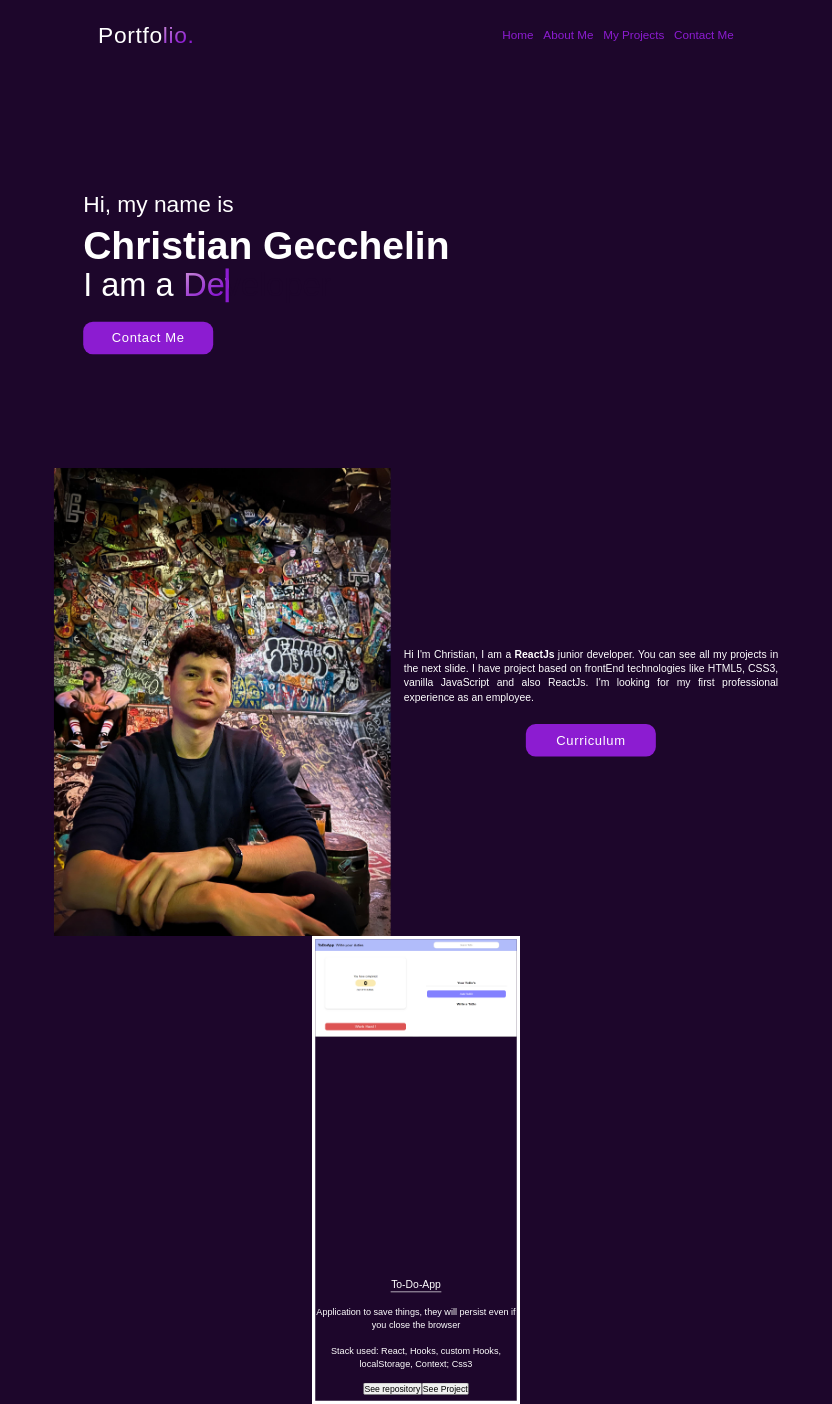
Repository: ChristianGecchelin/portfolio-web
Page: /
The author's editor kept a copy of each file at every save. The page is drawn from the files as they stood at one save, then again after the next save.
The browser window is 1280 px wide. The pictures show the whole page, at 65% of full size.
The project was rebuilt for these pictures with package versions that can differ from the ones it lists, and the page was loaded fresh each time.

Above is the page before, as saved 2022-01-21 18:07:45.

### public/index.html
<!DOCTYPE html>
<html lang="en">
  <head>
    <meta charset="utf-8" />
    <link rel="icon" href="%PUBLIC_URL%/favicon.ico" />
    <meta name="viewport" content="width=device-width, initial-scale=1" />
    <meta name="theme-color" content="#000000" />
    <meta name="description" content="Portfolio Online Christian Gecchelin" />
    <link rel="apple-touch-icon" href="%PUBLIC_URL%/logo192.png" />

    <link rel="manifest" href="%PUBLIC_URL%/manifest.json" />

    <title>Portfolio Christian</title>
  </head>
  <body>
    <noscript>You need to enable JavaScript to run this app.</noscript>
    <div id="root"></div>
  </body>
</html>

### src/index.js
import React from "react";
import ReactDOM from "react-dom";

import App from "./App/index";
import "./index.css";
ReactDOM.render(<App />, document.getElementById("root"));

### src/App/index.js
import { AppUI } from "./AppUI";
import "./App.css";

function App() {
  return <AppUI></AppUI>;
}

export default App;

### src/index.css
* {
  box-sizing: border-box;
  margin: 0;
  padding: 0;
}
html {
  font-size: 62.5%;
  font-family: "DM Sans", sans-serif;
}
body {
  background: #1d062b;
  width: 100%;
  height: 100vh;
}

### src/App/AppUI.js
import React from "react";
import { Header } from "../Header/Index.js";
import { Home } from "../Home/Index.js";
import { AboutMe } from "../AboutMe/index.js";
import { MyProjects } from "../MyProjects/index.js";
import "./App.css";

function AppUI() {
  return (
    <>
      <Header />
      <Home />
      <AboutMe />
      <MyProjects />
    </>
  );
}
export { AppUI };

### src/Header/Index.js
import React from "react";
import { NavBar } from "./NavBar";
import "./header.css";

function Header() {
  return (
    <header>
      <h1>
        Portfo<span>lio.</span>
      </h1>
      <NavBar />
    </header>
  );
}
export { Header };

### src/Home/Index.js
import React from "react";
import "./Home.css";
function Home() {
  return (
    <section className="Home-container">
      <div className="text-container">
        <p className="first-lineText">Hi, my name is</p>
        <p className="principal-lineText">Christian Gecchelin</p>
        <p className="secondary-lineText">I am a</p>
        <div className="span-container">
          <span data-text="Developer">Developer </span>
        </div>
      </div>
      <button type="button" className="contact-button">
        Contact Me
      </button>
    </section>
  );
}
export { Home };

### src/AboutMe/index.js
import React from "react";
import "./AboutMe.css";
import profile from "../Assets/profile.jpg";
function AboutMe() {
  return (
    <section className="AboutMe-container">
      <div className="image-container">
        <img
          className="image"
          src={profile}
          alt="Christian Gecchelin"
          title="Christian Gecchelin"
        ></img>
      </div>
      <div className="information-container">
        <p className="">
          Hi I'm Christian, I am a <b>ReactJs</b> junior developer. You can see
          all my projects in the next slide. I have project based on frontEnd
          technologies like HTML5, CSS3, vanilla JavaScript and also ReactJs.
          I'm looking for my first professional experience as an employee.
        </p>
        <button>Curriculum</button>
      </div>
    </section>
  );
}
export { AboutMe };

### src/MyProjects/index.js
import React from "react";
import ToDoApp from "../Assets/to-do-app.png";
import "./MyProjects.css";
function MyProjects() {
  return (
    <section className="project-section">
      <div className="project-card">
        <img
          className="card-image"
          src={ToDoApp}
          alt="ToDoAppImage"
          title="ToDoAppImage"
        ></img>
        <div className="card-text-container">
          <h3 className="card-title">To-Do-App</h3>
          <p className="card-text">
            Application to save things, they will persist even if you close the
            browser
          </p>
          <p className="card-text">
            Stack used: React, Hooks, custom Hooks, localStorage, Context; Css3
          </p>
        </div>
        <div className="button-container">
          <button className="button-repository">See repository</button>
          <button className="button-project">See Project</button>
          {/* Crear componentes botones */}
        </div>
      </div>
    </section>
  );
}
export { MyProjects };

### src/Header/NavBar/index.js
import React from "react";
import { MobileNavigation } from "./MobileNavigation";
import { Navigation } from "./Navigation";
import "./NavBar.css";
function NavBar() {
  return (
    <div className="NavBar">
      <MobileNavigation />
      <Navigation />
    </div>
  );
}
export { NavBar };

### src/Header/header.css
header {
  display: flex;
  flex-direction: row;
  justify-content: space-around;
  align-items: center;
  gap: 5%;
  width: 100%;
  height: 15vh;
}
header h1 {
  margin: 0;
  width: 20%;
  min-width: 200px;
  font-size: 3.5rem;
  letter-spacing: 1px;
  font-weight: 500;
  color: #fff;
}
header h1 span {
  background: linear-gradient(147deg, #ce93d8 0%, #8c1cd1 74%);
  background-clip: text;
  color: transparent;
  font-weight: 500;
}
@media (max-width: 750px) {
  header {
    justify-content: center;
    gap: 0;
  }
}

### src/Home/Home.css
.Home-container {
  position: relative;
  display: flex;
  flex-direction: column;
  justify-content: center;
  align-items: flex-start;
  width: 80%;
  min-width: 280px;
  height: 85vh;
  margin: 0 auto;
  gap: 30px;
}
.Home-container .text-container {
  display: flex;
  flex-direction: row;
  align-items: flex-start;
  flex-wrap: wrap;
  width: 100%;
  height: auto;
  text-align: left;
}
.Home-container .text-container .first-lineText {
  width: 100%;
  font-size: 3.5rem;
  font-weight: 500;
  line-height: 6rem;
  color: #fff;
}
.Home-container .text-container .principal-lineText {
  width: 100%;
  font-size: 6rem;
  font-weight: 700;
  color: #fff;
}
.Home-container .text-container .secondary-lineText {
  font-size: 5rem;
  font-weight: 500;
  color: #fff;
  line-height: 5.2rem;
}
.span-container {
  position: relative;
  display: inline-block;
  margin-left: 15px;
  height: 52px;
}
.Home-container .text-container span {
  /* color: #1d062b;
  -webkit-text-stroke: 0.3vw yellow; */
  font-size: 5rem;
  font-weight: 500;
  line-height: 5.2rem;
  color: #1d062b;
}
.Home-container .text-container span::before {
  content: attr(data-text);
  position: absolute;
  top: 0;
  left: 0px;
  width: 0;
  height: 100%;
  padding-right: 3.9px;
  background: linear-gradient(147deg, #ce93d8 0%, #8c1cd1 74%);
  background-clip: text;
  color: transparent;
  border-right: 5px solid #8c1cd1;
  overflow: hidden;
  animation: animate 6s linear infinite;
}
.Home-container .contact-button {
  outline: none;
  width: 200px;
  height: 50px;
  background: #8c1cd1;
  border: none;
  border-radius: 15px;
  color: white;
  font-size: 2rem;
  letter-spacing: 1px;
  cursor: pointer;
}
@keyframes animate {
  0%,
  10%,
  100% {
    width: 0%;
  }
  70%,
  90% {
    width: 100%;
  }
}
@media (max-width: 769px) {
  .Home-container {
    align-items: center;
  }
  .Home-container .text-container {
    justify-content: center;
    text-align: center;
    align-items: center;
  }
}

### src/AboutMe/AboutMe.css
.AboutMe-container {
  display: flex;
  flex-direction: row;
  justify-content: center;
  align-items: center;
  flex-wrap: wrap;
  width: 90%;
  min-width: 300px;
  height: 100vh;
  margin: 0 auto;
}
.AboutMe-container .image-container {
  width: 50%;
  height: 50%;
  min-width: 320px;
}
.AboutMe-container .image-container .image {
  object-fit: cover;
  width: 100%;
  height: 100%;
}
.AboutMe-container .information-container {
  display: flex;
  flex-direction: column;
  justify-content: center;
  align-items: center;
  width: 50%;
  height: 50%;
  min-width: 320px;
  text-align: justify;
  gap: 30px;
}
.AboutMe-container .information-container p {
  font-size: 1.6rem;
  line-height: 2.2rem;
  font-weight: 400;
  color: #fff;
}
.AboutMe-container .information-container button {
  width: 200px;
  height: 50px;
  background: #8c1cd1;
  border: none;
  border-radius: 15px;
  color: white;
  font-size: 2rem;
  letter-spacing: 1px;
  cursor: pointer;
  margin: 0 auto;
}
@media (min-width: 750px) {
  .AboutMe-container {
    gap: 20px;
  }
  .AboutMe-container .image-container {
    width: 45%;
    height: 100%;
  }
  .AboutMe-container .information-container {
    height: 100%;
  }
}

### src/MyProjects/MyProjects.css
.project-section {
  display: flex;
  flex-direction: row;
  flex-wrap: wrap;
  align-items: center;
  justify-content: center;
  height: 100vh;
  width: 80%;
  min-width: 320px;
  margin: 0 auto;
}
.project-section .project-card {
  position: relative;
  display: flex;
  flex-direction: column;
  justify-content: space-around;
  padding-top: 50%;
  align-items: center;
  width: 30%;
  min-width: 320px;
  height: 100vh;
  border: 5px solid white;
  text-align: center;
}
.project-section .project-card .card-image {
  position: absolute;
  top: 0;
  left: 0;
  width: 100%;
  height: 150px;
  object-fit: fill;
}
.project-section .project-card .card-text-container {
  display: flex;
  flex-direction: column;
  align-items: center;
  justify-content: center;
  gap: 20px;
}
.project-section .project-card .card-title {
  width: 25%;
  margin: 0 auto;
  font-size: 1.6rem;
  line-height: 2rem;
  font-weight: 500;
  color: #fff;
  border-bottom: 1px solid white;
}
.project-section .project-card .card-text {
  font-size: 1.4rem;
  line-height: 2rem;
  font-weight: 400;
  color: #fff;
}

### src/Header/NavBar/MobileNavigation.js
import React, { useState } from "react";
import "./NavBar.css";
import { NavLinks } from "./NavLinks";
import { TiThMenu } from "react-icons/ti";
function MobileNavigation() {
  const [open, setOpen] = useState(false);
  const closeMobileMenu = () => setOpen(false);
  return (
    <nav className="MobileNavigation">
      <TiThMenu className="hamburguer" onClick={() => setOpen(!open)} />
      {open && <NavLinks isMobile={true} closeMobileMenu={closeMobileMenu} />}
    </nav>
  );
}
export { MobileNavigation };

### src/Header/NavBar/Navigation.js
import React from "react";
import "./NavBar.css";
import { NavLinks } from "./NavLinks";
function Navigation() {
  return (
    <nav className="Navigation">
      <NavLinks />
    </nav>
  );
}
export { Navigation };

### src/Header/NavBar/NavBar.css
.NavBar .MobileNavigation {
  display: none;
}
.NavBar .Navigation {
  display: flex;
  align-items: center;
}
.NavBar nav ul {
  display: flex;
  flex-direction: row;
  justify-content: flex-end;
  gap: 15px;
  text-align: center;
  list-style: none;
}
.NavBar nav ul li a {
  font-size: 1.8rem;
  font-weight: 500;
  line-height: 2rem;
  text-decoration: none;
  color: #8c1cd1;
}
a:visited {
  color: #8c1cd1;
}
.NavBar nav ul li a:hover {
  color: #fff;
}
@media (max-width: 750px) {
  .NavBar .Navigation {
    display: none;
  }
  .NavBar .MobileNavigation {
    display: flex;
    align-items: center;
  }
  .NavBar .MobileNavigation .hamburguer {
    position: absolute;
    color: #fff;
    height: 2rem;
    width: 2rem;
    cursor: pointer;
    z-index: 2;
  }
  .NavBar nav ul {
    display: flex;
    flex-direction: column;
    justify-content: center;
    gap: 10px;
    position: absolute;
    margin: 0;
    top: 0;
    right: 0;
    width: 100%;
    height: 100vh;
    background: rgba(0, 0, 0, 0.95);
    text-align: center;
    z-index: 1;
  }
  .NavBar nav ul li a {
    font-size: 2.4rem;
    font-weight: 500;
    line-height: 2.5rem;
    text-decoration: none;
    letter-spacing: 1px;
  }
  a:visited {
    color: #8c1cd1;
  }
}

### src/Header/NavBar/NavLinks.js
import React from "react";
import "./NavBar.css";
import { motion } from "framer-motion";
function NavLinks(props) {
  const animateFrom = { opacity: 0, y: -40 };
  const animateTo = { opacity: 1, y: 0 };
  return (
    <ul>
      <motion.li
        initial={animateFrom}
        animate={animateTo}
        transition={{ delay: 0.05 }}
        onClick={() => props.isMobile && props.closeMobileMenu()}
      >
        <a href="#home">Home</a>
      </motion.li>
      <motion.li
        initial={animateFrom}
        animate={animateTo}
        transition={{ delay: 0.1 }}
        onClick={() => props.isMobile && props.closeMobileMenu()}
      >
        <a href="#aboutMe">About Me</a>
      </motion.li>
      <motion.li
        initial={animateFrom}
        animate={animateTo}
        transition={{ delay: 0.2 }}
        onClick={() => props.isMobile && props.closeMobileMenu()}
      >
        <a href="#myProjects">My Projects</a>
      </motion.li>
      <motion.li
        initial={animateFrom}
        animate={animateTo}
        transition={{ delay: 0.3 }}
        onClick={() => props.isMobile && props.closeMobileMenu()}
      >
        <a href="#contactMe">Contact Me</a>
      </motion.li>
    </ul>
  );
}
export { NavLinks };

Loaded but not shown: src/App/App.css (common file)

After the next save:
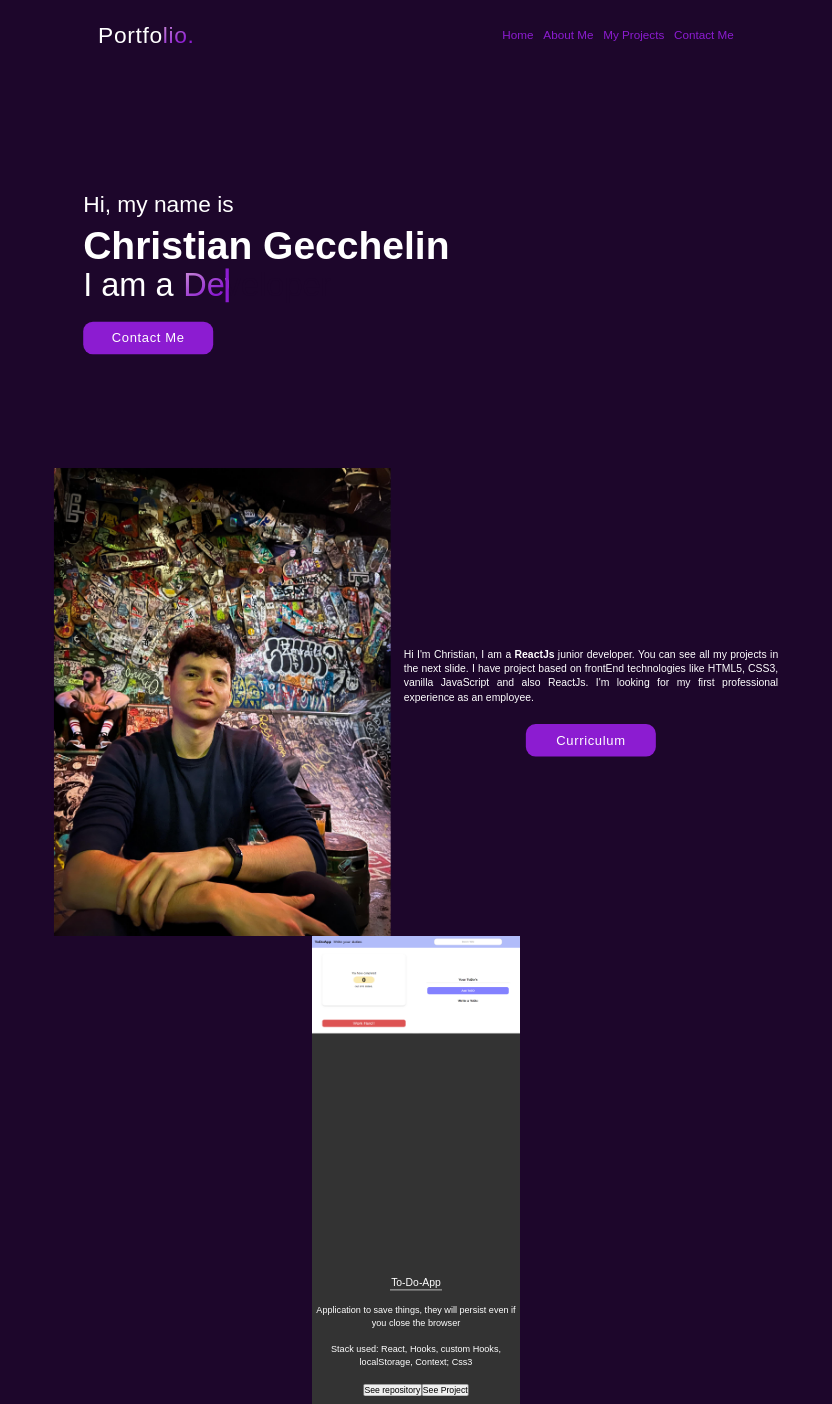
Saved 6 min 7 s later.
--- a/src/MyProjects/MyProjects.css
+++ b/src/MyProjects/MyProjects.css
@@ -19,7 +19,7 @@
   width: 30%;
   min-width: 320px;
   height: 100vh;
-  border: 5px solid white;
+  background: #333;
   text-align: center;
 }
 .project-section .project-card .card-image {
